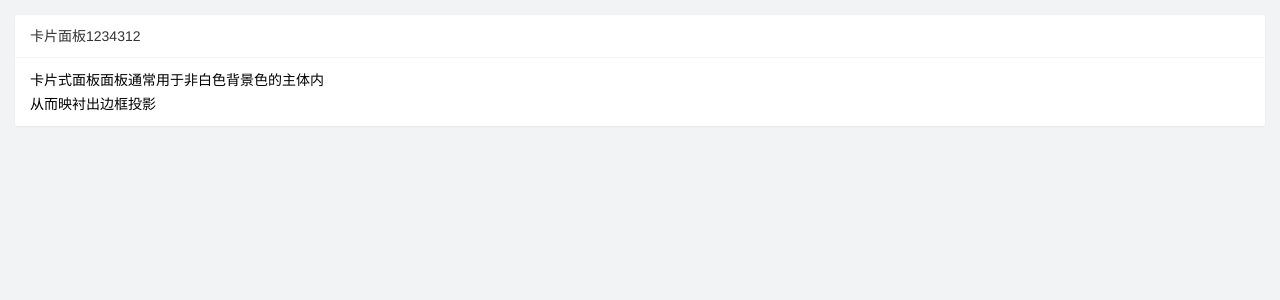
Repository: Janshen111/web_bigevent
Page: article/art_cate.html
An editor plug-in stored every save of this project. The page is shown before and after the next save, followed by the edit.
The browser window is 1280 px wide. The pictures show the whole page.

Above is the page before, as saved 2022-09-01 14:10:20.

### article/art_cate.html
<!DOCTYPE html>
<html lang="en">

<head>
    <meta charset="UTF-8">
    <meta http-equiv="X-UA-Compatible" content="IE=edge">
    <meta name="viewport" content="width=device-width, initial-scale=1.0">
    <title>Document</title>
    <link rel="stylesheet" href="/assets/lib/layui/css/layui.css">
    <link rel="stylesheet" href="/assets/css/article/art_cate.css">
</head>

<body>
    <!-- 卡片面板 -->
    <div class="layui-card">
        <div class="layui-card-header">卡片面板1234312</div>
        <div class="layui-card-body">
            卡片式面板面板通常用于非白色背景色的主体内<br> 从而映衬出边框投影
        </div>
    </div>

</body>

</html>

Loaded but not shown: assets/lib/layui/css/layui.css (library); assets/css/article/art_cate.css (common file)

After the next save:
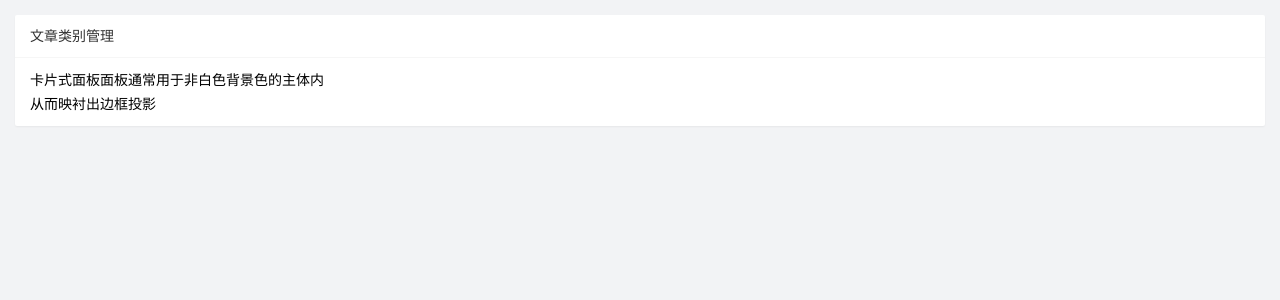
Saved 2 min 56 s later.
--- a/article/art_cate.html
+++ b/article/art_cate.html
@@ -13,7 +13,9 @@
 <body>
     <!-- 卡片面板 -->
     <div class="layui-card">
-        <div class="layui-card-header">卡片面板1234312</div>
+        <div class="layui-card-header">
+            <span>文章类别管理</span>
+        </div>
         <div class="layui-card-body">
             卡片式面板面板通常用于非白色背景色的主体内<br> 从而映衬出边框投影
         </div>
